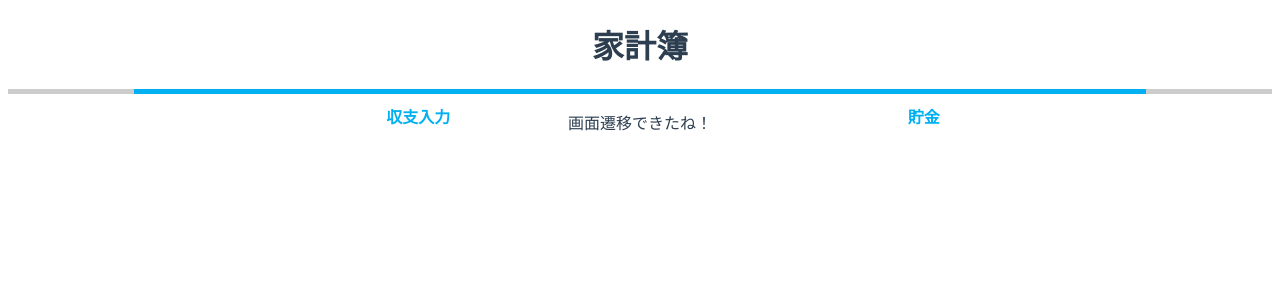
Repository: shellzu/kakeibo.app
Page: /#/savingsPage
These files come from the project's save history. The page is drawn as it stood at one moment and after the next save; the edit follows.
The browser window is 1280 px wide. The pictures show the whole page.
The project was rebuilt for these pictures with package versions that can differ from the ones it lists, and the page was loaded fresh each time. Also part of the build but not shown: src/components/AddButton.vue, src/components/BudgetDeleteButton.vue, src/components/BudgetForm.vue, src/components/BudgetListPage.vue.

Above is the page before, as saved 2019-07-28 16:17:35.

### src/App.vue
<template>
  <div id="app">
    <router-view />
  </div>
</template>
<script>
export default {
  name: 'App'
}
</script>

<style>
#app {
  font-family: "Lato", "Noto Sans JP", "游ゴシック Medium", "游ゴシック体",
    "Yu Gothic Medium", YuGothic, "ヒラギノ角ゴ ProN",
    "Hiragino Kaku Gothic ProN", "メイリオ", Meiryo, "ＭＳ Ｐゴシック",
    "MS PGothic", sans-serif;
  -webkit-font-smoothing: antialiased;
  -moz-osx-font-smoothing: grayscale;
  text-align: center;
  color: #2c3e50;
}
#header {
  height: 150px;
  width: 1200px;
  margin-right: auto;
  margin-left: auto;
  background: white;
  box-shadow: 0px 3px 3px rgba(0, 0, 0, 0.1);
  display: flex;
  justify-content: center;
  align-items: center;
}
#header a {
  display: block;
  position: relative;
  margin: 2em;
  width: 70pt;
  border: solid 1px silver;
  border-radius: 0.5rem 0.5rem;
  padding: 0.5rem 1.5rem;
  margin-top: 1rem;
  text-decoration: none;
}
#png {
  position: absolute;
  left: 100px;
}
nav {
  border-bottom: 5px solid #ccc;
  position: relative;
}
nav ul {
  position: absolute;
  left: 10%;
  display: table;
  margin: 0 auto;
  padding: 0;
  width: 80%;
  text-align: center;
}
nav ul li {
  display: table-cell;
  min-width: 50px;
}
nav ul li a {
  display: block;
  width: 100%;
  height: 100%;
  padding: 10px 0;
  text-decoration: none;
  color: #aaa;
}
nav ul li.current {
  font-weight: bold;
  border-top: 5px solid #00b0f0;
}
nav ul li.current a {
  color: #00b0f0;
}
nav ul li a:hover {
  color: #0089bb;
  background-color: #fbfbdd;
}
nav ul li:hover {
  border-top: 5px solid #f8e750;
}
</style>

### src/router/index.js
import Vue from 'vue'
import Router from 'vue-router'

import BudgetListPage from '@/components/BudgetListPage'
import SavingsPage from '@/components/SavingsPage'

Vue.use(Router)

export default new Router({
  routes: [
    {
      path: '/',
      component: BudgetListPage
    },
    {
      path: '/savingsPage',
      component: SavingsPage
    }
  ]
})

### src/components/SavingsPage.vue
<template>
  <div>
    <HeaderMenu></HeaderMenu>
    <p>画面遷移できたね！</p>

  </div>
</template>
<script>
import HeaderMenu from './HeaderMenu'

export default {
  name: 'app',
  props: ['message'],
  components: {
    HeaderMenu
  }
}
</script>

<style scoped>
@import './page.css';
</style>

### src/components/page.css
  .table_budget {
   padding: 10px 10px 10px 10px;
   border-left: 6px solid #00b0f0;
   background-color: #eee;
   width: 80%;
  }
.th.td {
  padding: 0.5em 3em 0.5em 3em;
}
  .table_savings {
   padding: 10px 0;
   background-color: #eee;
   border: 1px solid white;
   width: 80%;
  }
  /*--------------------------------------
  貯金一覧
  ---------------------------------------*/
  .savings li{
   background: whitesmoke;
   margin-bottom: 50px;
   height: 200px;
   border-radius: 20px;
  }
  .savings p{
   font-size: 1em;
   text-align: left;
   text-align: center;
  }
  button {
   position: relative;
   display: inline-block;
   padding: 0.25em 0.5em;
   text-decoration: none;
   color: #FFF;
   background: #03A9F4;
   border: solid 1px #0f9ada;
   border-radius: 4px;
   box-shadow: inset 0 1px 0 rgba(255,255,255,0.2);
   text-shadow: 0 1px 0 rgba(0,0,0,0.2);
  }
  button:active {
   border: solid 1px #03A9F4;
   box-shadow: none;
   text-shadow: none;
  }
  .saving_link {
   font-size: 1.5em;
  }
  .cp_link {
      display: inline-block;
      padding: 0.1em 0.3em;
   transition: all .3s;
   color: gray;
   text-decoration: none;
   font-size: 1.5em;
  }
  .cp_link:visited {
   color: #777777;
   text-decoration: none;
  }
  .cp_link:hover {
      color: #fff;
      background-color: #00BCD4;
  }
  input::-webkit-outer-spin-button,
  input::-webkit-inner-spin-button {
     -webkit-appearance: none;
  }
  /*--------------------------------------
  テキスト 金額
  ---------------------------------------*/
  .text_amount {
   padding-bottom: 20px;
   width: 180px;
  }
  .text_amount label {
   display: block;
   font-size: 14px;
   padding-bottom: 5px;
  }
  .text_amount input[type=number] {
   border: 1px solid #1B73BA;
   box-sizing: border-box;
   -moz-box-sizing: border-box;
   -webkit-box-sizing: border-box;
   color: #333;
   font-size: 13px;
   padding: 10px;
   height: 30px;
   width: 180px;
  }
  /*--------------------------------------
  ラジオボタン 収支選択
  ---------------------------------------*/
  .radio_select {
   padding-bottom: 20px;
  }
  .radio_select p {
   font-size: 14px;
   padding-bottom: 5px;
  }
  .radio_select input[type=radio] {
   display: none;
   margin: 0;
  }
  .radio_select input[type=radio] + label {
   cursor: pointer;
   display: inline-block;
   font-size: 13px;
   line-height: 1.5px;
   margin-right: 12px;
   padding: 0 0 3px 24px;
   position: relative;
  }
  .radio_select input[type=radio] + label::before {
   border: 1px solid #1B73BA;
   border-radius: 50%;
   box-sizing: border-box;
   -moz-box-sizing: border-box;
   -webkit-box-sizing: border-box;
   content: "";
   display: block;
   margin-top: -9px;
   position: absolute;
   left: 0;
   top: 50%;
   height: 13px;
   width: 13px;
  }
  .radio_select input[type=radio]:checked + label::after {
   background: #1B73BA;
   border-radius: 50%;
   box-sizing: border-box;
   -moz-box-sizing: border-box;
   -webkit-box-sizing: border-box;
   content: "";
   display: block;
   margin-top: -4px;
   position: absolute;
   left: 3px;
   top: 0px;
   height: 7px;
   width: 7px;
  }
  /*--------------------------------------
  テキストエリア 概要
  ---------------------------------------*/
  .textarea_memo {
   padding-bottom: 10px;
   width: 200px;
  }
  .textarea_memo label {
   display: block;
   font-size: 14px;
   padding-bottom: 5px;
  }
  .textarea_memo textarea {
   border: 1px solid #1B73BA;
   box-sizing: border-box;
   -moz-box-sizing: border-box;
   -webkit-box-sizing: border-box;
   color: #333;
   font-size: 13px;
   padding: 10px;
   height: 80px;
   width: 200px;
  }
  /*--------------------------------------
  カレンダー 日付選択
  ---------------------------------------*/
  .date_picker {
   padding-bottom: 10px;
  }
  li {
   list-style: none;
  }
h3 {
   left: 30%;
}

### src/components/HeaderMenu.vue
<template>
  <div id="app">
    <h1>家計簿</h1>
    <nav>
      <ul>
        <li class="current">
          <router-link to="/">収支入力</router-link>
        </li>
        <li class="current">
          <router-link to="/savingsPage">貯金</router-link>
        </li>
      </ul>
    </nav>
    <router-view />
  </div>
</template>

<script>
export default {
  name: 'app'
}
</script>
<style scoped>
@import './menu1.css';
</style>

### src/components/menu1.css
.header {
    height: 150px;
    width: 1200px;
    margin-right: auto;
    margin-left: auto;
    background: white;
    box-shadow: 0px 3px 3px rgba(0, 0, 0, 0.1);
    display: flex;
    justify-content: center;
    align-items: center;
  }
  .header a {
    display: block;
    position: relative;
    margin: 2em;
    width: 70pt;
    border: solid 1px silver;
    border-radius: 0.5rem 0.5rem;
    padding: 0.5rem 1.5rem;
    margin-top: 1rem;
    text-decoration: none;
  }
  nav {
    border-bottom: 5px solid #ccc;
    position: relative;
  }
  nav ul {
    position: absolute;
    left: 10%;
    display: table;
    margin: 0 auto;
    padding: 0;
    width: 80%;
    text-align: center;
  }
  nav ul li {
    display: table-cell;
    min-width: 50px;
  }
  nav ul li a {
    display: block;
    width: 100%;
    height: 100%;
    padding: 10px 0;
    text-decoration: none;
    color: #aaa;
  }
  nav ul li.current {
    font-weight: bold;
    border-top: 5px solid #00b0f0;
  }
  nav ul li.current a {
    color: #00b0f0;
  }
  nav ul li a:hover {
    color: #0089bb;
    background-color: #fbfbdd;
  }
  nav ul li:hover {
    border-top: 5px solid #f8e750;
  }

Loaded but not shown: index.html (common file); src/main.js (common file)

After the next save:
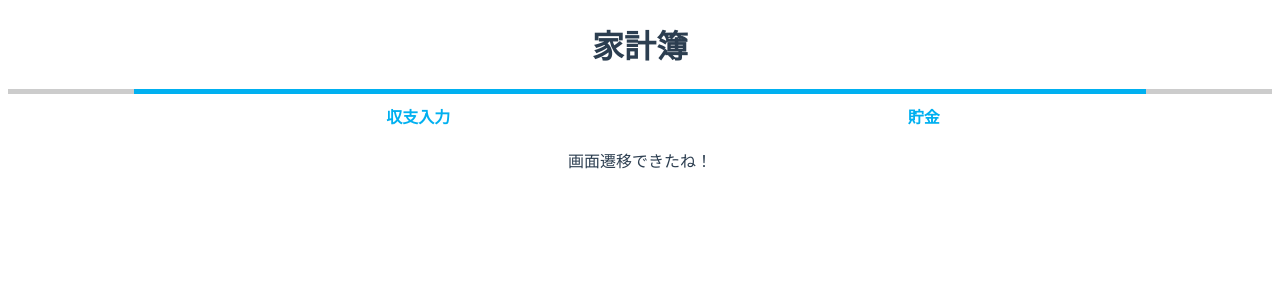
Saved 28 s later.
--- a/src/components/SavingsPage.vue
+++ b/src/components/SavingsPage.vue
@@ -1,6 +1,8 @@
 <template>
   <div>
     <HeaderMenu></HeaderMenu>
+    <br>
+    <br>
     <p>画面遷移できたね！</p>
 
   </div>
